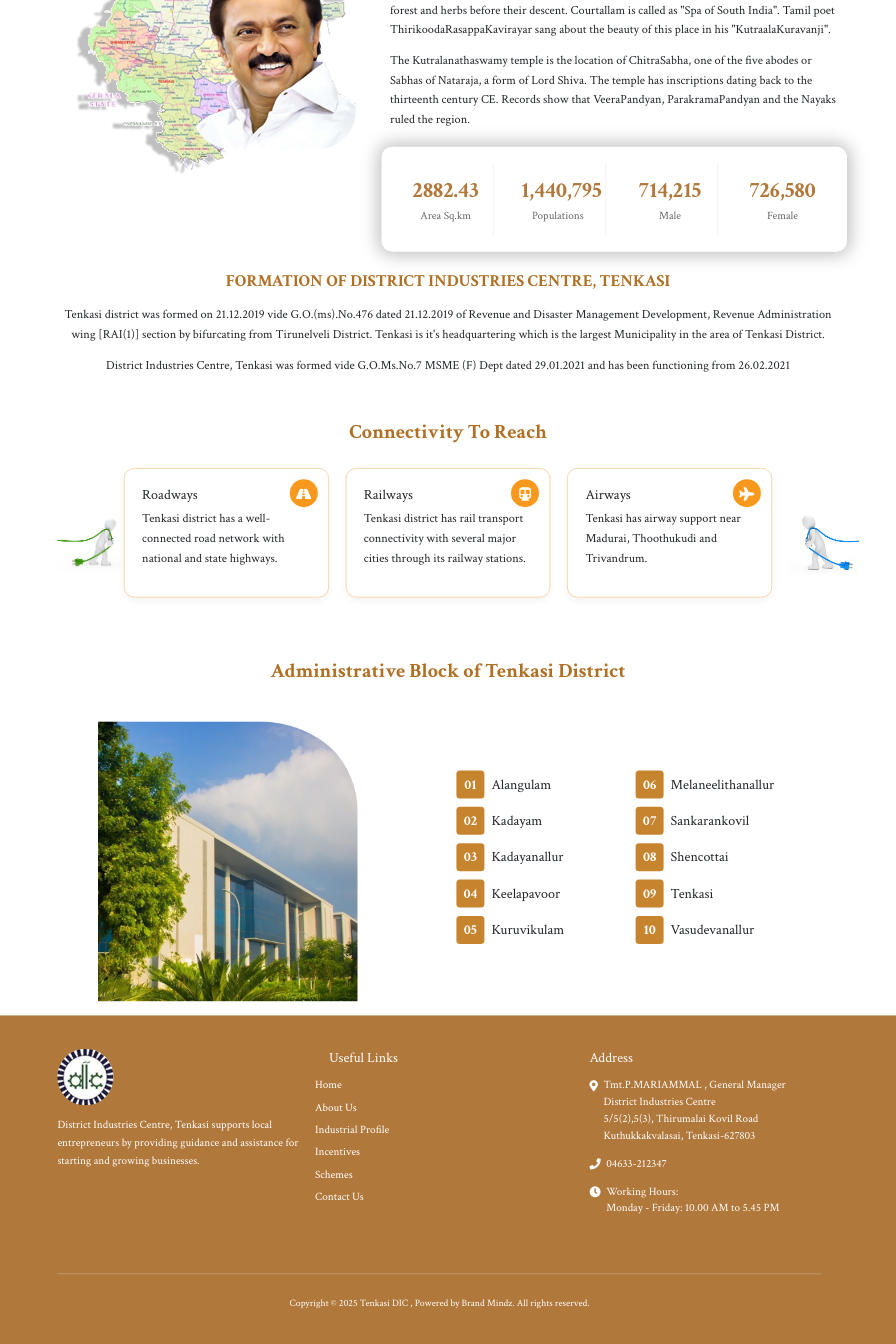
Repository: Brand-Mindz-Global-Technology-Pvt-Ltd/TenkasiDIC--FrontEnd
Page: About US/aboutus.html
The author's editor kept a copy of each file at every save. The page is drawn from the files as they stood at one save, then again after the next save.
The browser window is 1280 px wide. The pictures show the part of the page from y = 832 to 2752 px (the page is 2752 px tall), at 70% of full size.

Above is the page before, as saved 2025-07-09 09:17:25.

After the next save:
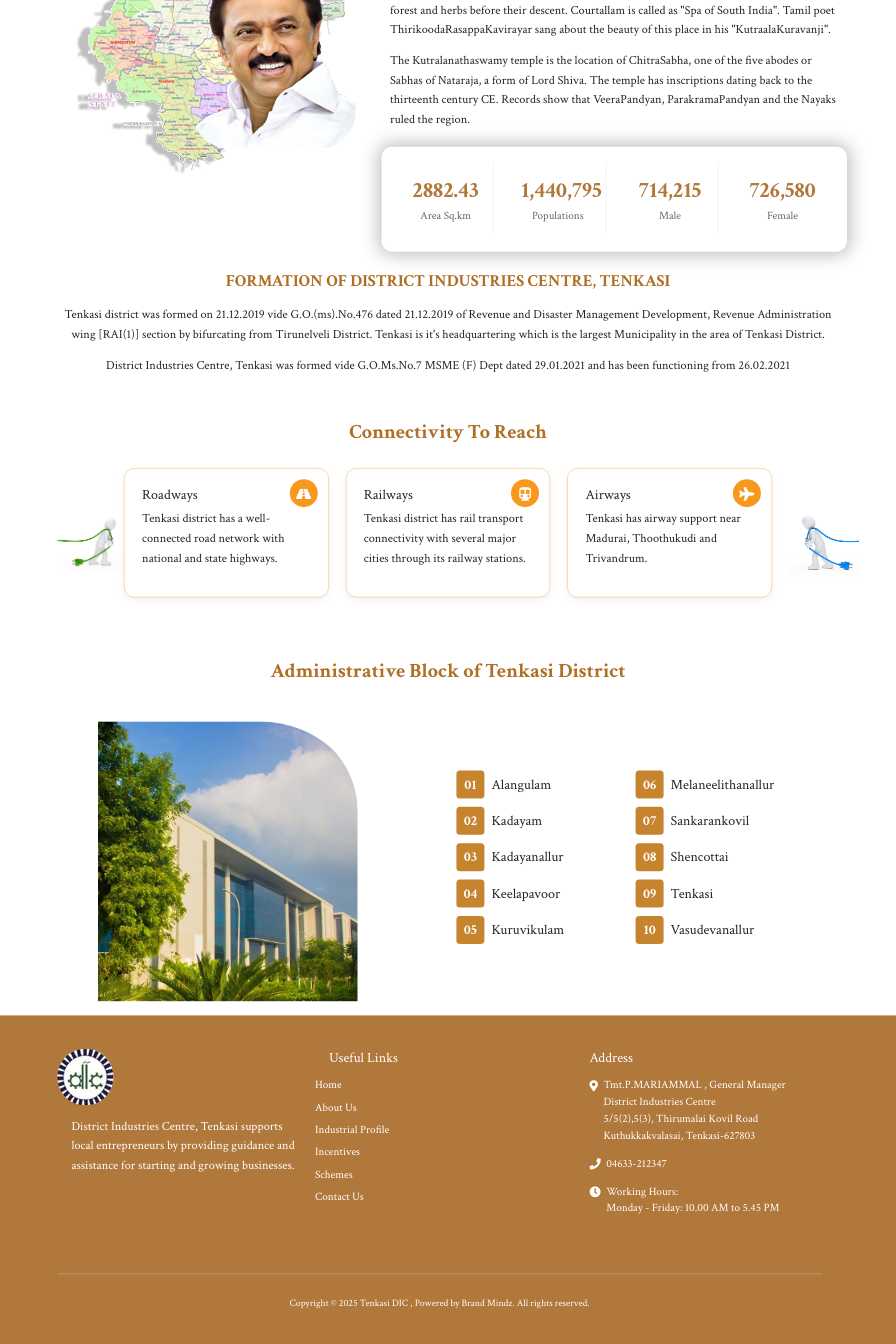
Saved 95 s later.
--- a/About US/aboutus.html
+++ b/About US/aboutus.html
@@ -213,7 +213,7 @@
               <div class="d-flex align-items-center mb-3">
                   <img src="../img/diclogo.jpg" alt="DIC Logo" style="width: 80px; height: 80px;" class="me-3">
               </div>
-              <p class="text-white" style="font-size: 16px;">
+              <p class="text-white" style="margin-left: 20px;">
                   District Industries Centre, Tenkasi supports local entrepreneurs by providing guidance and assistance for starting and growing businesses.
               </p>
           </div>
